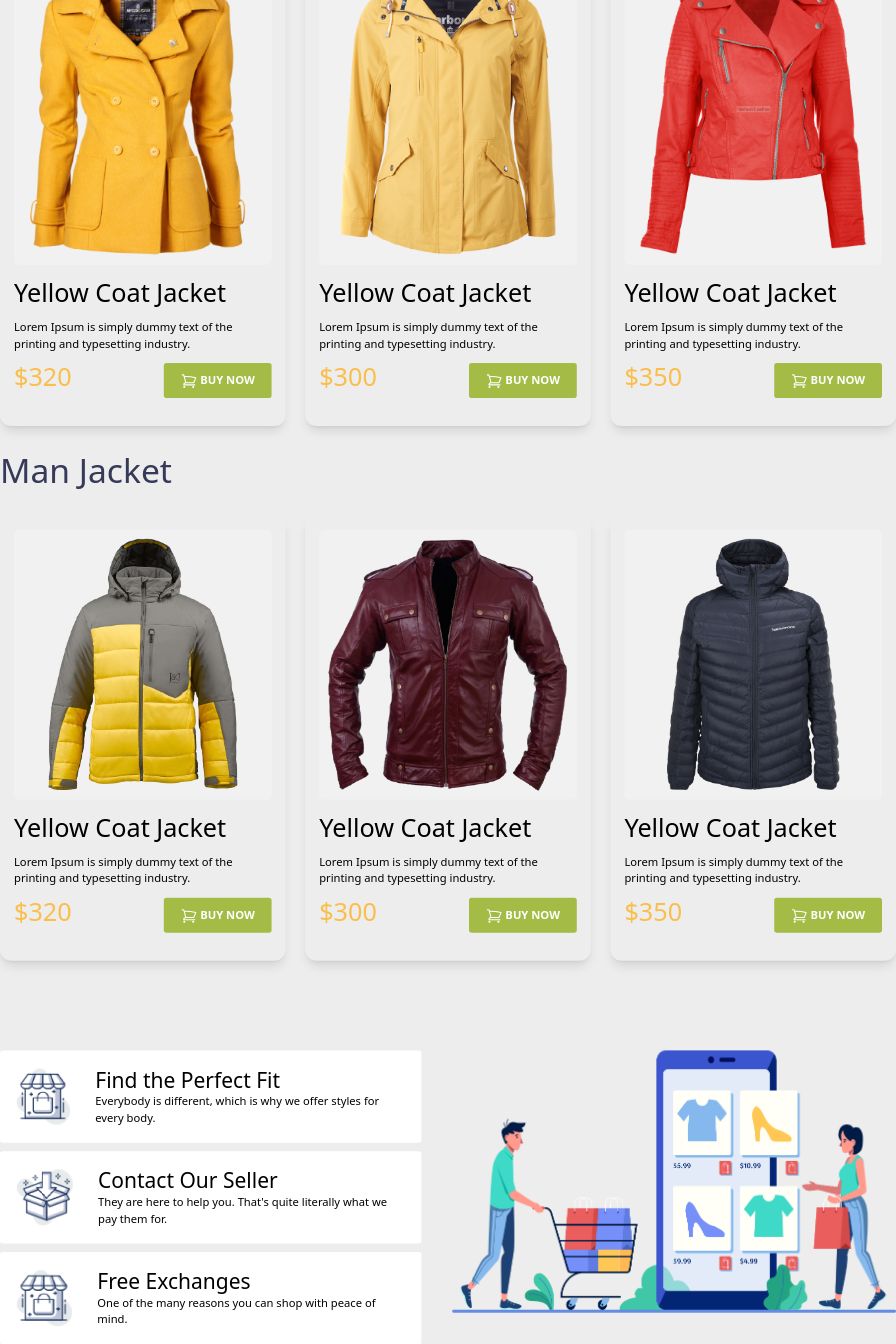
Repository: zjria/penguin-e-commerce-fashion
Page: index.html
An editor plug-in stored every save of this project. The page is shown before and after the next save, followed by the edit.
The browser window is 1280 px wide. The pictures show the part of the page from y = 982 to 2902 px (the page is 2902 px tall), at 70% of full size.
Some web libraries are served in a nearby version.

Above is the page before, as saved 2022-10-07 10:14:51.

After the next save:
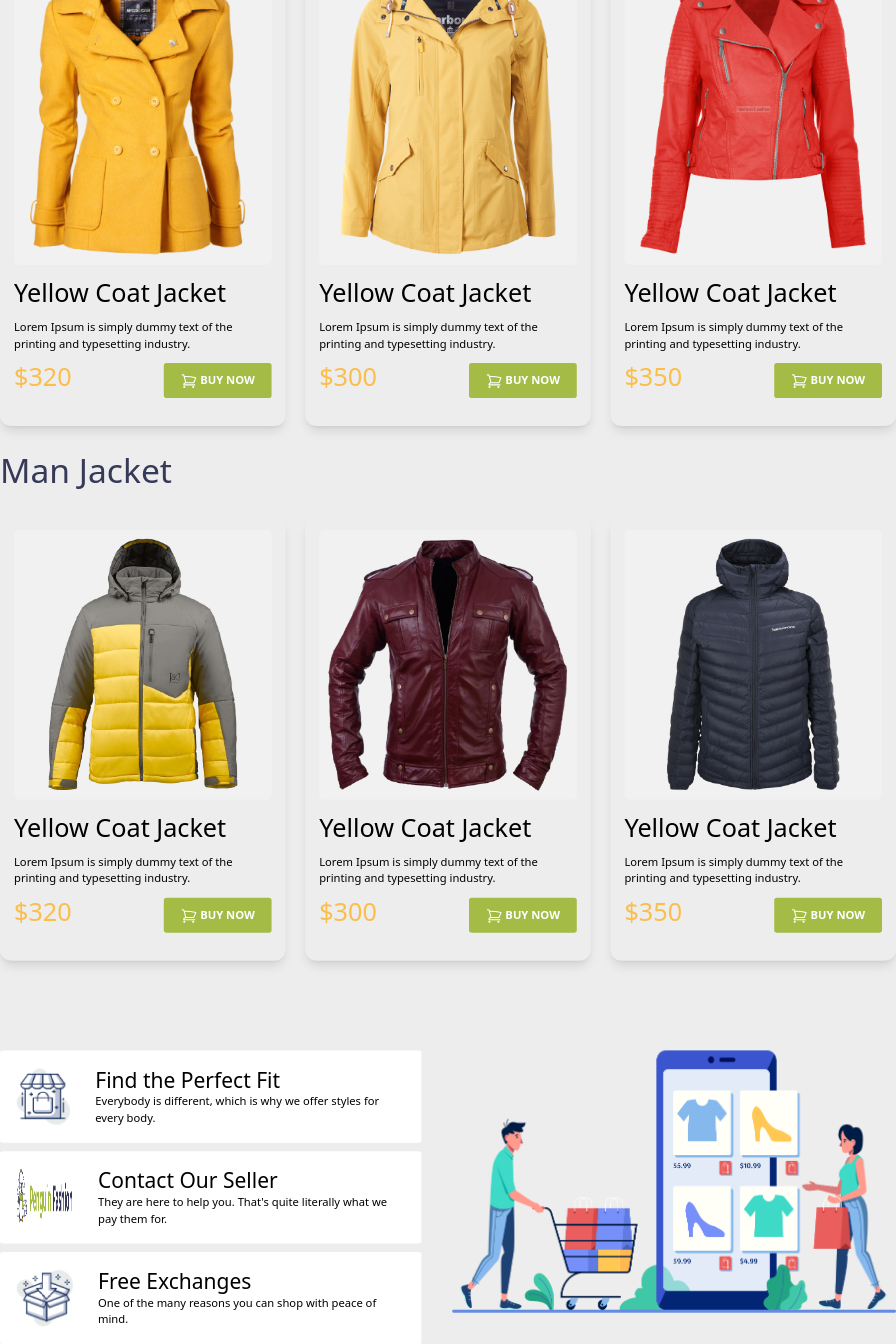
Saved 43 s later.
--- a/index.html
+++ b/index.html
@@ -233,7 +233,7 @@
                 </div>
 
                 <div class="bg-white rounded flex p-6 justify-center items-center mr-8">
-                    <img class="w-20 h-20" src="images/box.png" alt="">
+                    <img class="w-20 h-20" src="images/logo.png" alt="">
                     <div class="text pl-9">
                         <h4 class="text-3xl">Contact Our Seller</h4>
                         <p>They are here to help you. That's quite
@@ -241,7 +241,7 @@
                     </div>
                 </div>
                 <div class="bg-white rounded flex p-6 justify-center items-center mr-8">
-                    <img class="w-20 h-20" src="images/house.png" alt="">
+                    <img class="w-20 h-20" src="images/box.png" alt="">
                     <div class="text pl-9">
                         <h4 class="text-3xl">Free Exchanges</h4>
                         <p>One of the many reasons you can shop
